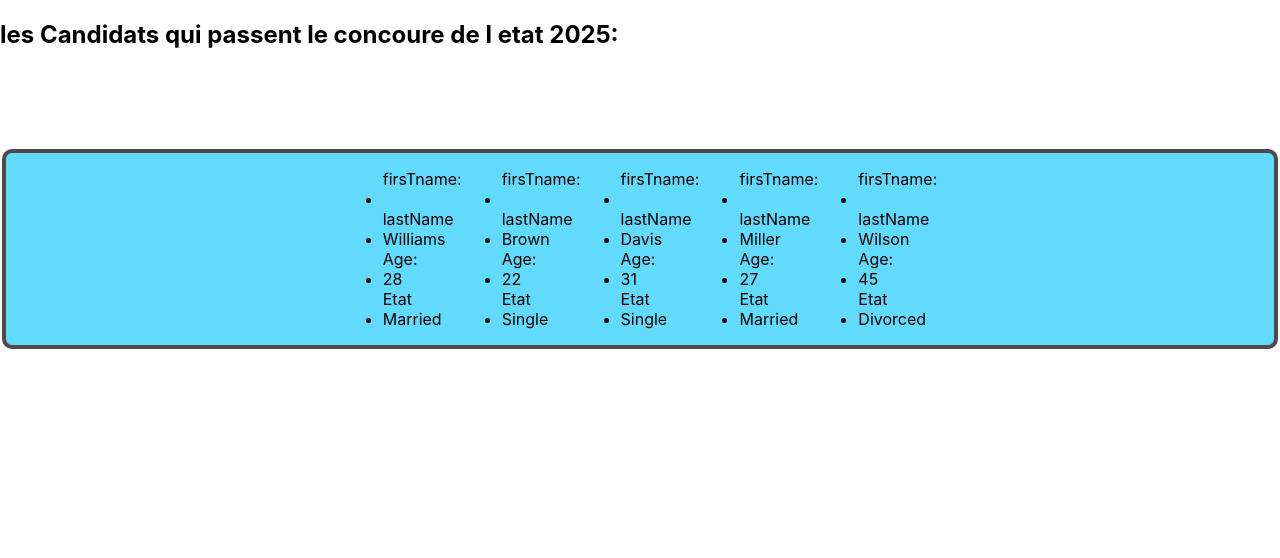
Repository: gounaine/Add_candidat
Page: /
An editor plug-in stored every save of this project. The page is shown before and after the next save, followed by the edit.
The browser window is 1280 px wide. The pictures show the whole page.
The project was rebuilt for these pictures with package versions that can differ from the ones it lists, and the page was loaded fresh each time.

Above is the page before, as saved 2024-05-26 20:38:17.

After the next save:
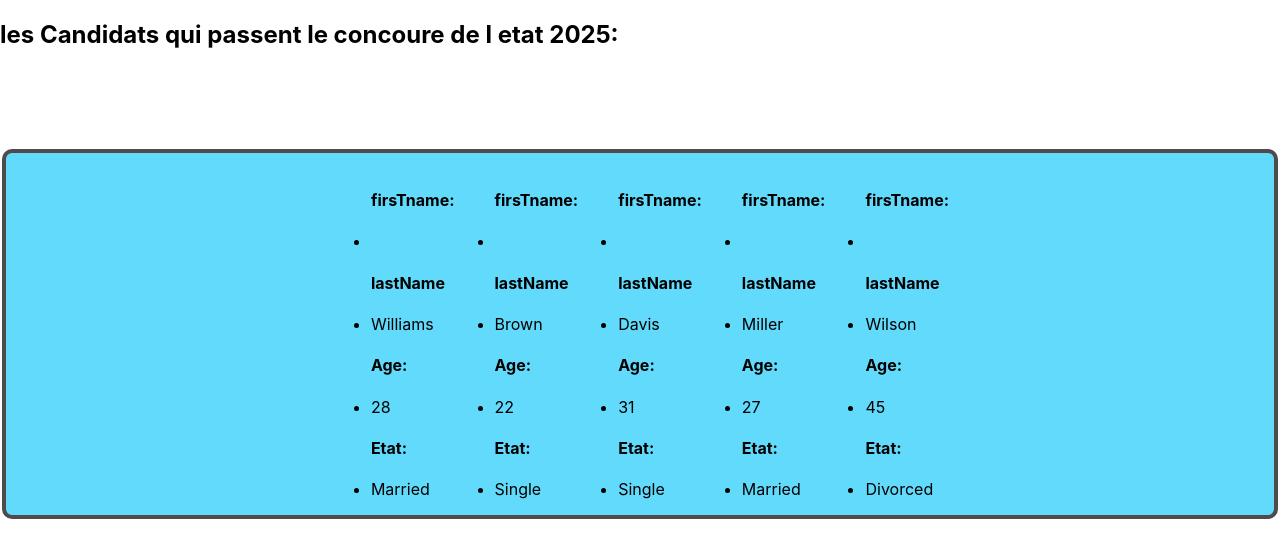
Saved 77 s later.
--- a/src/person.js
+++ b/src/person.js
@@ -8,10 +8,10 @@ export default function Person({ data }) {
       data.map((element, index) => (
 
         <ul key={index}>
-          firsTname:<li>{element.firsTname}</li>
-          lastName<li>{element.lastName}</li>
-          Age:<li>{element.Age}</li>
-          Etat<li>{element.Etat}</li>
+         <h4>firsTname:</h4> <li>{element.firsTname}</li>
+          <h4>lastName</h4><li>{element.lastName}</li>
+         <h4> Age:</h4><li>{element.Age}</li>
+          <h4>Etat:</h4><li>{element.Etat}</li>
 
         </ul>
       ))}
